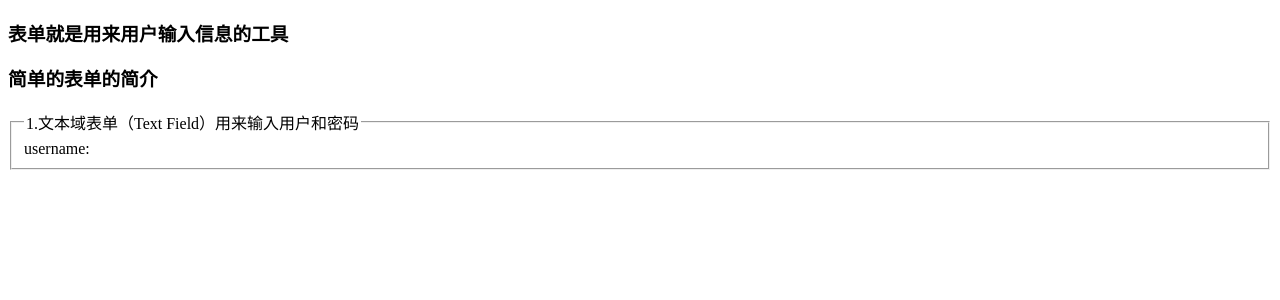
Repository: jarvanstack/vscode
Page: HTML/HTML中From表单.html
The author's editor kept a copy of each file at every save. The page is drawn from the files as they stood at one save, then again after the next save.
The browser window is 1280 px wide. The pictures show the whole page.

Above is the page before, as saved 2020-06-11 09:41:27.

### HTML/HTML中From表单.html
<!DOCTYPE html>
<html lang="en">
<head>
    <meta charset="UTF-8">
    <meta name="viewport" content="width=device-width, initial-scale=1.0">
    <title>HTML中From表单</title>
</head>
<body>
    <h3>表单就是用来用户输入信息的工具</h3>
    <h3>简单的表单的简介</h3>
    <fieldset>
        <legend>1.文本域表单（Text Field）用来输入用户和密码</legend>
        <span>
            username:
        </span>
    </fieldset>
</body>
</html>

After the next save:
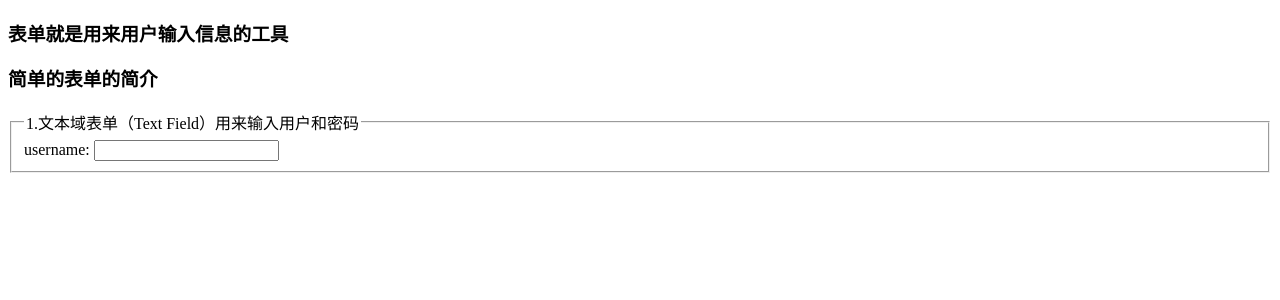
Saved 23 s later.
--- a/HTML/HTML中From表单.html
+++ b/HTML/HTML中From表单.html
@@ -11,7 +11,7 @@
     <fieldset>
         <legend>1.文本域表单（Text Field）用来输入用户和密码</legend>
         <span>
-            username:
+            username: <input type="text">
         </span>
     </fieldset>
 </body>
